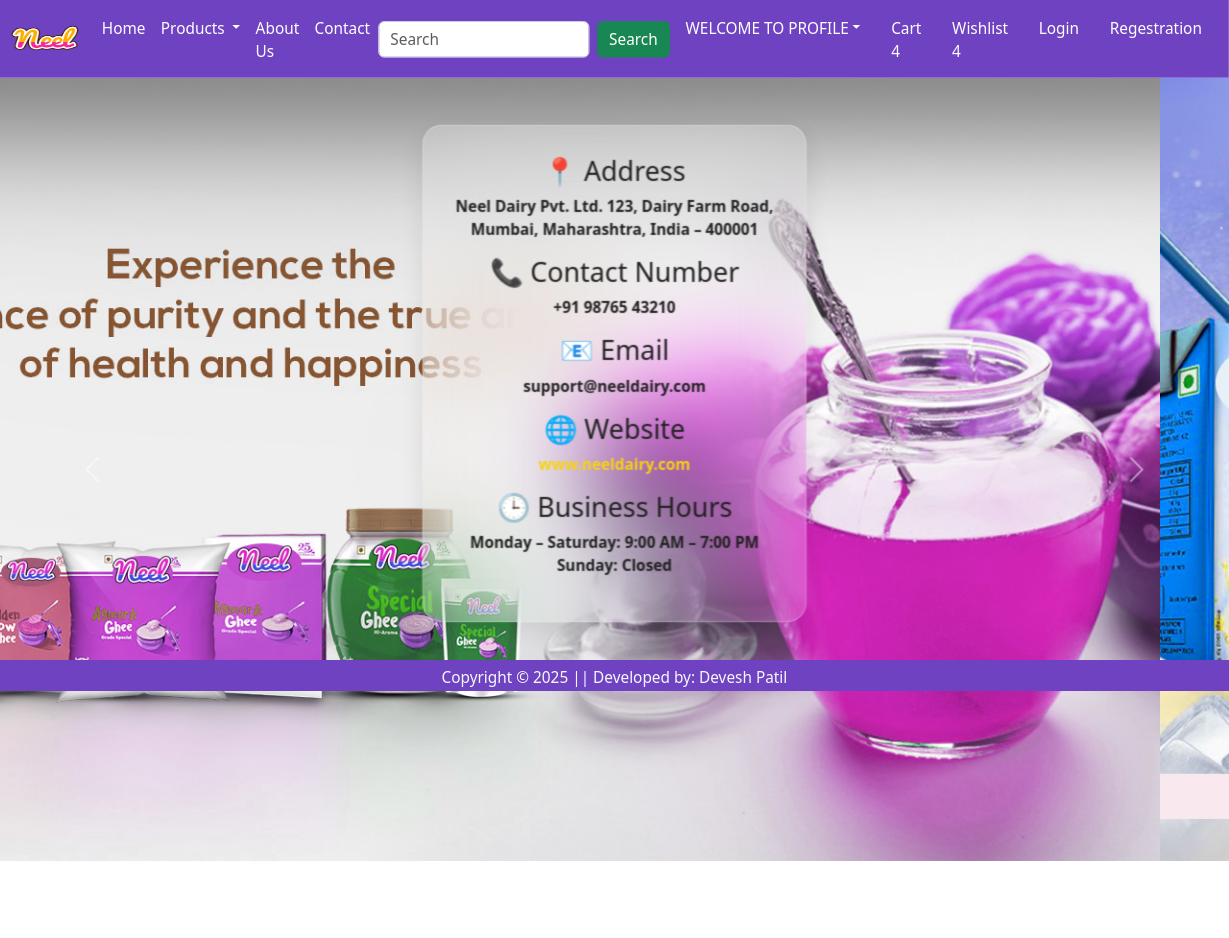
Repository: DeveshPatill/mydjango
Page: http://localhost/contact/
The author's editor kept a copy of each file at every save. The page is drawn from the files as they stood at one save, then again after the next save.
The browser window is 1280 px wide. The pictures show the whole page, at 96% of full size.
The page is served by the project's application, run on Django 5.2 (ec/manage.py). Other server files are loaded and not shown.

Above is the page before, as saved 2025-03-23 03:00:49.

### ec/app/templates/app/contact.html
{% extends 'app/base.html' %}
{% load static %}
{% block title %}About{% endblock title %}


{% block main-content %}
<!-- Background Image Carousel -->
<div id="backgroundCarousel" class="carousel slide" data-bs-ride="carousel">
    <div class="carousel-inner">
        <div class="carousel-item active">
            <img src="{%static 'app/images/banner/b1.jpg' %}" class="d-block w-100" alt="Dairy Banner 1">
        </div>
        <div class="carousel-item">
            <img src="{%static 'app/images/banner/b2.jpg' %}" class="d-block w-100" alt="Dairy Banner 2">
        </div>
        <div class="carousel-item">
            <img src="{%static 'app/images/banner/b3.jpg' %}" class="d-block w-100" alt="Dairy Banner 3">
        </div>
    </div>

    <!-- Carousel Controls -->
    <button class="carousel-control-prev" type="button" data-bs-target="#backgroundCarousel" data-bs-slide="prev">
        <span class="carousel-control-prev-icon" aria-hidden="true"></span>
        <span class="visually-hidden">Previous</span>
    </button>
    <button class="carousel-control-next" type="button" data-bs-target="#backgroundCarousel" data-bs-slide="next">
        <span class="carousel-control-next-icon" aria-hidden="true"></span>
        <span class="visually-hidden">Next</span>
    </button>
</div>

<!-- Fixed Contact Information (Centered Bottom) -->
<div class="contact-box mx-8 mt-5">
    <h3>📍 Address</h3>
    <p>Neel Dairy Pvt. Ltd.
    123, Dairy Farm Road, Mumbai, Maharashtra, India – 400001</p>

    <h3>📞 Contact Number</h3>
    <p>+91 98765 43210</p>

    <h3>📧 Email</h3>
    <p>support@neeldairy.com</p>

    <h3>🌐 Website</h3>
    <p><a href="https://www.neeldairy.com" target="_blank">www.neeldairy.com</a></p>

    <h3>🕒 Business Hours</h3>
    <p>Monday – Saturday: 9:00 AM – 7:00 PM
    Sunday: Closed</p>
</div>

<style>
    /* Set the carousel image size */
    .carousel-item img {
        width: 100%;
        height: 816px;
        object-fit: cover;
    }

    /* Contact Box - Fixed Center Bottom */
    .contact-box {
        position: absolute;
        bottom: 10%;
        left: 50%;
        transform: translate(-50%, 0);
        background: rgba(0, 0, 0, 0.7);
        color: white;
        padding: 20px;
        border-radius: 10px;
        text-align: center;
        width: 400px;
    }

    .contact-box a {
        color: #f8d210;
        text-decoration: none;
    }

    .contact-box a:hover {
        text-decoration: underline;
    }
    .contact-box {
    background: rgba(255, 255, 255, 0.2); /* More transparent, less white */
    backdrop-filter: blur(50px) saturate(180%); /* High blur + slight saturation for mirror effect */
    -webkit-backdrop-filter: blur(50px) saturate(180%);
    border-radius: 20px; /* Smooth corners */
    padding: 30px;
    color: #222; /* Darker text for contrast */
    font-weight: bold;
    box-shadow: 0 10px 25px rgba(0, 0, 0, 0.1); /* Softer and subtle depth */
    border: 1px solid rgba(255, 255, 255, 0.3); /* Thin border for a frosted look */
    }

</style>
{% endblock main-content %}
<nav class="navbar navbar-expand-lg navbar-dark" style="background-color: #6f42c1;">
    <div class="container-fluid">

    </div>
</nav>

### ec/app/templates/app/base.html
<!DOCTYPE html>
{% load static %}
<html lang="en">
<head>
    <meta charset="UTF-8">
    <meta http-equiv="X-UA-Compatible" content="IE=edge">
    <meta name="viewport" content="width=device-width, initial-scale=1.0">

    <link href="https://cdn.jsdelivr.net/npm/bootstrap@5.3.3/dist/css/bootstrap.min.css" rel="stylesheet" integrity="sha384-QWTKZyjpPEjISv5WaRU9OFeRpok6YctnYmDr5pNlyT2bRjXh0JMhjY6hW+ALEwIH" crossorigin="anonymous">

    <link rel="stylesheet" href="{% static 'app/css/owl.carousel.min.css' %}" />
    <link rel="stylesheet" href="{% static 'app/css/all.min.css' %}" />
    <link rel="stylesheet" href="{% static 'app/css/style.css' %}" />

    <title> Dairy Products | {% block title %} {% endblock title %} </title>
</head>
<body>
    <nav class="navbar navbar-expand-lg navbar-dark" style="background-color: #6f42c1;">
        <div class="container-fluid">
          <a class="navbar-brand" href="#">
            <img src="{% static 'app/images/product/Neel.png' %}" width="70px" height="55px"   />
          </a>
          <button class="navbar-toggler" type="button" data-bs-toggle="collapse" data-bs-target="#navbarSupportedContent" aria-controls="navbarSupportedContent" aria-expanded="false" aria-label="Toggle navigation">
            <span class="navbar-toggler-icon"></span>
          </button>
          <div class="collapse navbar-collapse" id="navbarSupportedContent">
            <ul class="navbar-nav me-auto mb-2 mb-lg-0">
              <li class="nav-item">
                <a class="nav-link active" aria-current="page" href="/">Home</a>
              </li>
              <li class="nav-item dropdown">
                <a class="nav-link dropdown-toggle text-white" href="#" role="button" data-bs-toggle="dropdown" aria-expanded="false">
                  Products
                </a>
                <ul class="dropdown-menu">
                  <li><a class="dropdown-item" href="{% url 'category' 'ML' %}">Milk</a></li>
                  <li><a class="dropdown-item" href="{% url 'category' 'CR' %}">Curd</a></li>
                  <li><a class="dropdown-item" href="{% url 'category' 'MS' %}">MilkShake</a></li>
                  <li><a class="dropdown-item" href="{% url 'category' 'LS' %}">Lassi</a></li>
                  <li><a class="dropdown-item" href="{% url 'category' 'GH' %}">Ghee</a></li>
                  <li><a class="dropdown-item" href="{% url 'category' 'PN' %}">Paneer</a></li>
                  <li><a class="dropdown-item" href="{% url 'category' 'CZ' %}">Cheese</a></li>
                  <li><a class="dropdown-item" href="{% url 'category' 'IC' %}">Ice-Cream</a></li>

                </ul>
              </li>
              <li class="nav-item">
                <a class="nav-link text-white" href="{% url 'about'  %}">About Us</a>
              </li>
              <li class="nav-item">
                <a class="nav-link text-white" href="{% url 'contact'  %}">Contact</a>
              </li>

            </ul>
            <form class="d-flex" role="search">
              <input class="form-control me-2" type="search" placeholder="Search" aria-label="Search">
              <button class="btn btn-success" type="submit">Search</button>
            </form>
          </div>
          <ul class="navbar-nav me-auto mb-2 mb-lg-0">
            <li class="nav-item dropdown mx-2">
                <a class="nav-link dropdown-toggle text-white" href="#" id="profileDropdown" role="button" data-bs-toggle="dropdown" aria-expanded="false">WELCOME TO PROFILE</a>
                <ul class="dropdown-menu" aria-labelledby="profileDropdown">
                    <li><a class="dropdown-item" href="#">Profile</a></li>
                    <li><a class="dropdown-item" href="#">Orders</a></li>
                    <li><a class="dropdown-item" href="#">Change Password</a></li>
                    <li><a class="dropdown-item" href="#">Logout</a></li>
                </ul>
            </li>
            <li class="nav-item mx-2">
                <a href="#" class="nav-link text-white">Cart 4</a>
            </li>
            <li class="nav-item mx-2">
                <a href="#" class="nav-link text-white">Wishlist 4</a>
            </li>
            <li class="nav-item mx-2">
                <a href="#" class="nav-link text-white">Login</a>
            </li>
            <li class="nav-item mx-2">
                <a href="#" class="nav-link text-white">Regestration</a>
            </li>

          </ul>
        </div>
      </nav>
      {% block banner-slider %}{% endblock banner-slider %}

      {% block information %}{% endblock information %}

      {% block main-content %}{% endblock main-content %}

    <footer class="text-center text-light py-3 fixed-bottom" style="background-color: #6f42c1; height: 5px; line-height: 2px;">
        Copyright © 2025 || Developed by: Devesh Patil
    </footer>






    <script src="https://cdn.jsdelivr.net/npm/@popperjs/core@2.11.8/dist/umd/popper.min.js" integrity="sha384-I7E8VVD/ismYTF4hNIPjVp/Zjvgyol6VFvRkX/vR+Vc4jQkC+hVqc2pM8ODewa9r" crossorigin="anonymous"></script>
    <script src="https://cdn.jsdelivr.net/npm/bootstrap@5.3.3/dist/js/bootstrap.min.js" integrity="sha384-0pUGZvbkm6XF6gxjEnlmuGrJXVbNuzT9qBBavbLwCsOGabYfZo0T0to5eqruptLy" crossorigin="anonymous"></script>

    <script src=https://cdnjs.cloudflare.com/ajax/libs/jquery/3.7.1/jquery.min.js></script>


    <script script="{% static 'app/js/owl.carousel.min.js' %}"></script>
    <script script="{% static 'app/js/all.min.js' %}"></script>
    <script script="{% static 'app/js/myscript.js' %}"></script>

</body>
</html>

### ec/app/views.py
from django.shortcuts import render
from django.http import HttpResponse
from django.views import View
from urllib import request
from . models import Product
from django.db.models import Count

# Create your views here.
def home(request):
    return render(request,"app/home.html")

def about(request):
    return render(request,"app/about.html")

def contact(request):
    return render(request,"app/contact.html")


class CategoryView(View):
    def get(self,request,val):
        product = Product.objects.filter(category=val)
        title=Product.objects.filter(category=val).values('title')
        return render(request,"app/category.html",locals())

class CategoryTitle(View):
    def get(self,request,val):
        product = Product.objects.filter(title=val)
        title = Product.objects.filter(category=product[0].category).values('title')
        return render(request,"app/category.html",locals())


class ProductDetail(View):
    def get(self,request,pk):
        product = Product.objects.get(pk=pk)
        return render(request,"app/productdetail.html",locals())

### ec/ec/urls.py
"""
URL configuration for ec project.

The `urlpatterns` list routes URLs to views. For more information please see:
    https://docs.djangoproject.com/en/5.1/topics/http/urls/
Examples:
Function views
    1. Add an import:  from my_app import views
    2. Add a URL to urlpatterns:  path('', views.home, name='home')
Class-based views
    1. Add an import:  from other_app.views import Home
    2. Add a URL to urlpatterns:  path('', Home.as_view(), name='home')
Including another URLconf
    1. Import the include() function: from django.urls import include, path
    2. Add a URL to urlpatterns:  path('blog/', include('blog.urls'))
"""

from django.contrib import admin
from django.urls import path,include

urlpatterns = [
    path("admin/", admin.site.urls),
    path("", include("app.urls")),

]

### ec/app/urls.py
from django.urls import path
from .import views
from django.conf import settings
from django.conf.urls.static import static

urlpatterns = [
    path("",views.home),
    path("about/",views.about,name="about"),
    path("contact/",views.contact,name="contact"),
    path("category/<slug:val>",views.CategoryView.as_view(),name="category"),
    path("category-title/<val>",views.CategoryTitle.as_view(),name='category-title'),
    path("product-detail/<int:pk>",views.ProductDetail.as_view(),name="product-detail"),
]+static(settings.MEDIA_URL,document_root=settings.MEDIA_ROOT)

### ec/app/static/app/css/style.css
.owl-carousel .item{
 /* border: 1px solid black; */
 font-size: 24px;
 text-align: center;
 margin-top: 20px;
 transition: transform .5s ease;
}

 .owl-carousel .item:hover{
    /* border: 1px solid black; */
    transform : scale(1.1);
}

/* .owl-carousel img{
    transition: transform .5s ease;
  }
 .owl-carousel img:hover{

    transform : scale(1.25);
} */

.owl-next{
 float:right;
}
.owl-prev{
 float:left;
}
.owl-prev span{
 font-size: 24px;
 font-weight: bold;
}
.owl-next span{
 font-size: 24px;
 font-weight: bold;
}




.buttermilk{
    background-color:#fff;background-image:linear-gradient(#fff7ef, #fff);
    background-image:-webkit-linear-gradient(#fff7ef, #fff);
    background-image:-moz-linear-gradient(#fff7ef, #fff);
    background-image:-ms-linear-gradient(#fff7ef, #fff);
    background-image:-o-linear-gradient(#fff7ef, #fff);
    padding:50px 40px;
    border:1px solid #efe8e1;
    padding-bottom:20px;
}

.smbg{
    background-color:#fff;
    background-image:linear-gradient(rgba(110, 69, 143, 0.1), #fff);
    background-image:-webkit-linear-gradient(rgba(110, 69, 143, 0.1), #fff);
    background-image:-moz-linear-gradient(rgba(110, 69, 143, 0.1), #fff);
    background-image:-ms-linear-gradient(rgba(110, 69, 143, 0.1), #fff);
    background-image:-o-linear-gradient(rgba(110, 69, 143, 0.1), #fff);
}

.curdbgpro{
    background-color:#fff;
    background-image:linear-gradient(rgba(10, 77, 123, 0.1), #fff);
    background-image:-webkit-linear-gradient(rgba(10, 77, 123, 0.1), #fff);
    background-image:-moz-linear-gradient(rgba(10, 77, 123, 0.1), #fff);
    background-image:-ms-linear-gradient(rgba(10, 77, 123, 0.1), #fff);
    background-image:-o-linear-gradient(rgba(10, 77, 123, 0.1), #fff);
}

.goodnessseccont img{
    width:100%;
}

.mlkpro{
    color:#636362;
    font-size:22px;
    line-height:22px;
    margin-bottom:15px;
    width:43%;
    margin:0 auto;
    text-align:center;

}

.goodnesssec a{
    text-decoration: none;
}


/*------------------------------------------------*/
body {
    padding-bottom: 80px; /* Adjust this value based on footer height */
}

Loaded but not shown: ec/app/static/app/css/owl.carousel.min.css (library); ec/app/static/app/css/all.min.css (library)

After the next save:
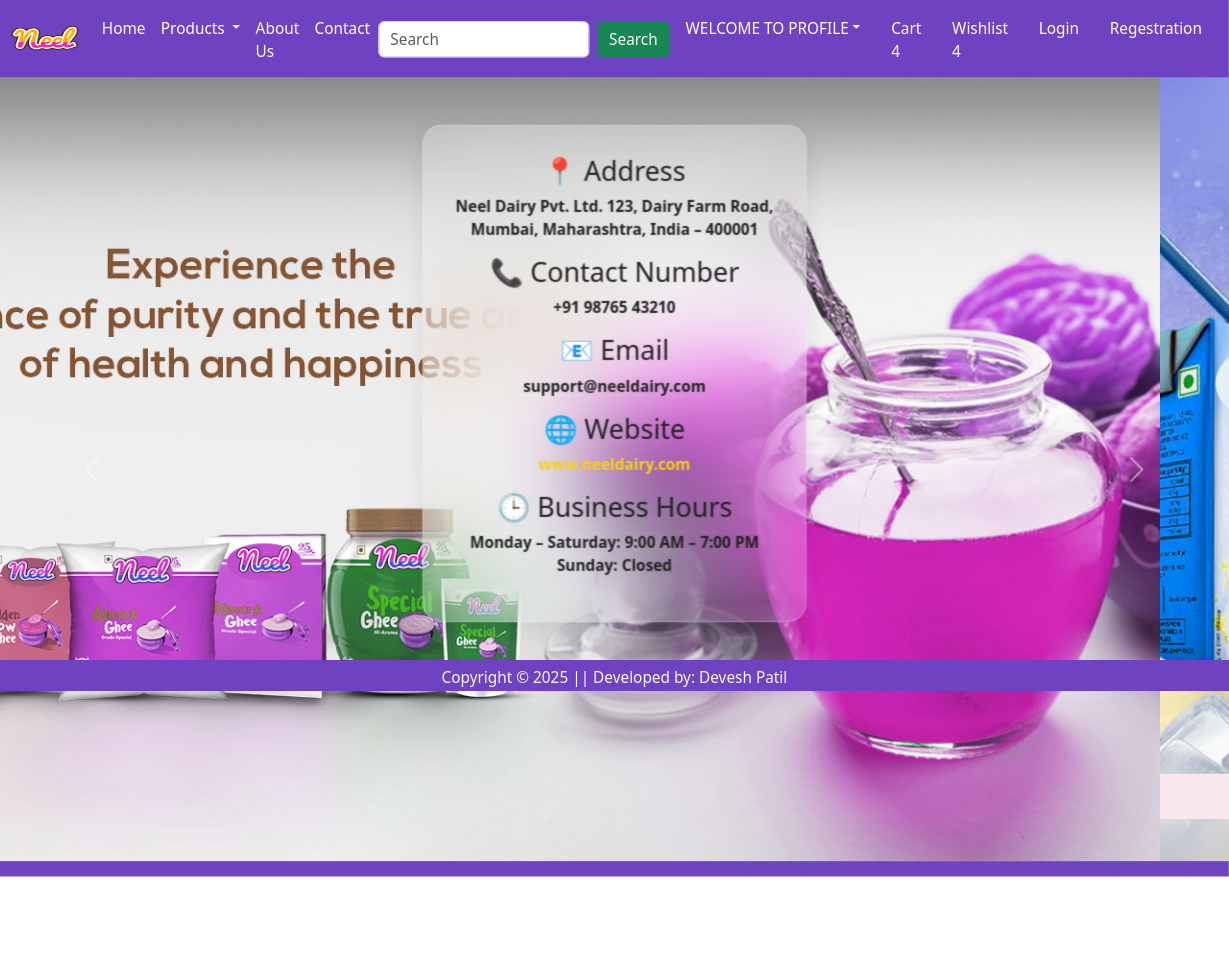
Saved 47 s later.
--- a/ec/app/templates/app/contact.html
+++ b/ec/app/templates/app/contact.html
@@ -92,9 +92,9 @@
     }
 
 </style>
-{% endblock main-content %}
 <nav class="navbar navbar-expand-lg navbar-dark" style="background-color: #6f42c1;">
     <div class="container-fluid">
 
     </div>
 </nav>
+{% endblock main-content %}
